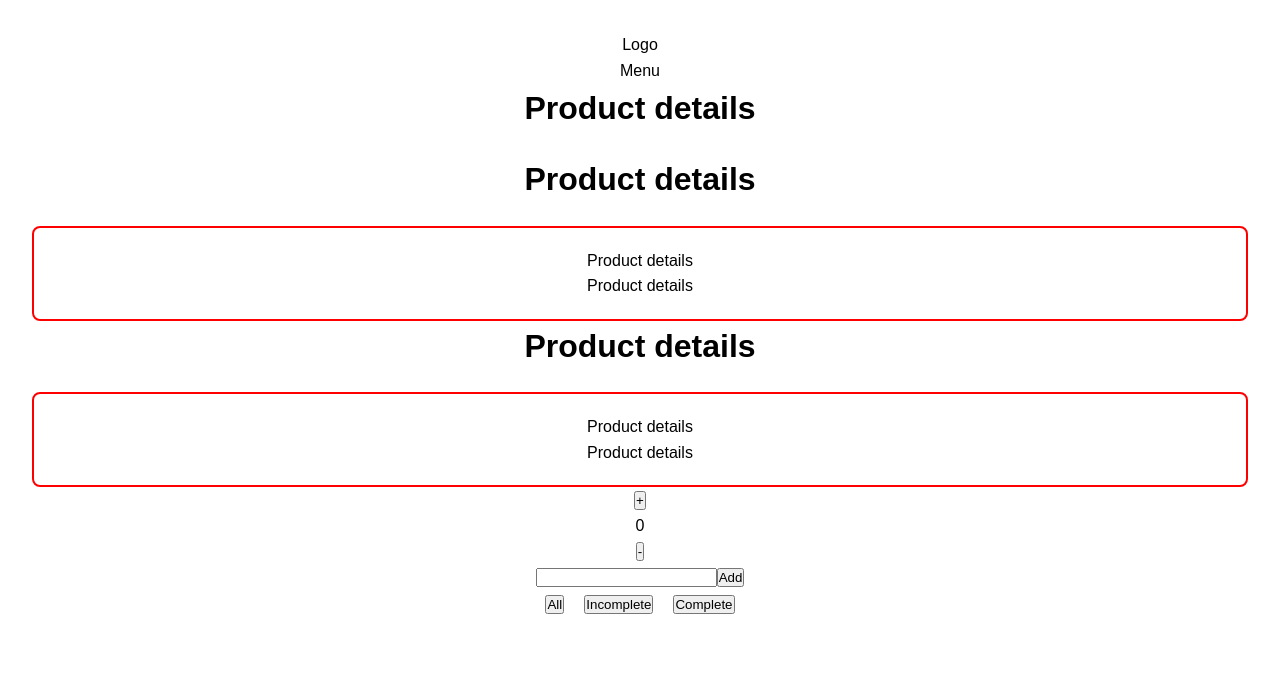
Repository: Manny1294/react-learning
Page: /
An editor plug-in stored every save of this project. The page is shown before and after the next save, followed by the edit.
The browser window is 1280 px wide. The pictures show the whole page.
The project was rebuilt for these pictures with package versions that can differ from the ones it lists, and the page was loaded fresh each time. Also part of the build but not shown: vite.config.js, src/components/Toggle.jsx.

Above is the page before, as saved 2026-02-01 14:37:06.

After the next save:
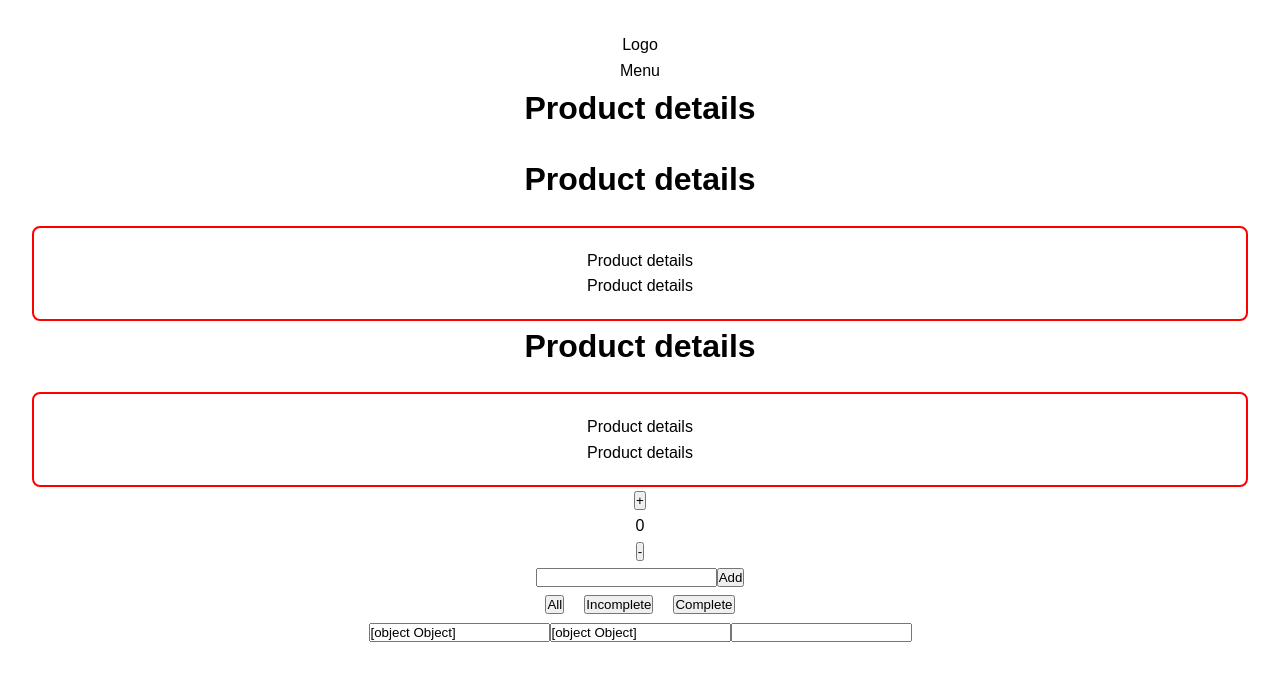
Saved 2 min 24 s later.
--- a/src/App.jsx
+++ b/src/App.jsx
@@ -5,6 +5,7 @@ import PerfumeImg from "./assets/perfume.jpg";
 import Counter from "./components/Counter";
 import Todos from "./components/TodoList";
 import Toggle from "./components/Toggle";
+import ContactList from "./components/ContactList";
 
 export default function App() {
   const Product = {
@@ -38,6 +39,7 @@ export default function App() {
       <Counter />
       <Todos />
       {/* <Toggle /> */}
+      <ContactList />
     </div>
   );
 }
